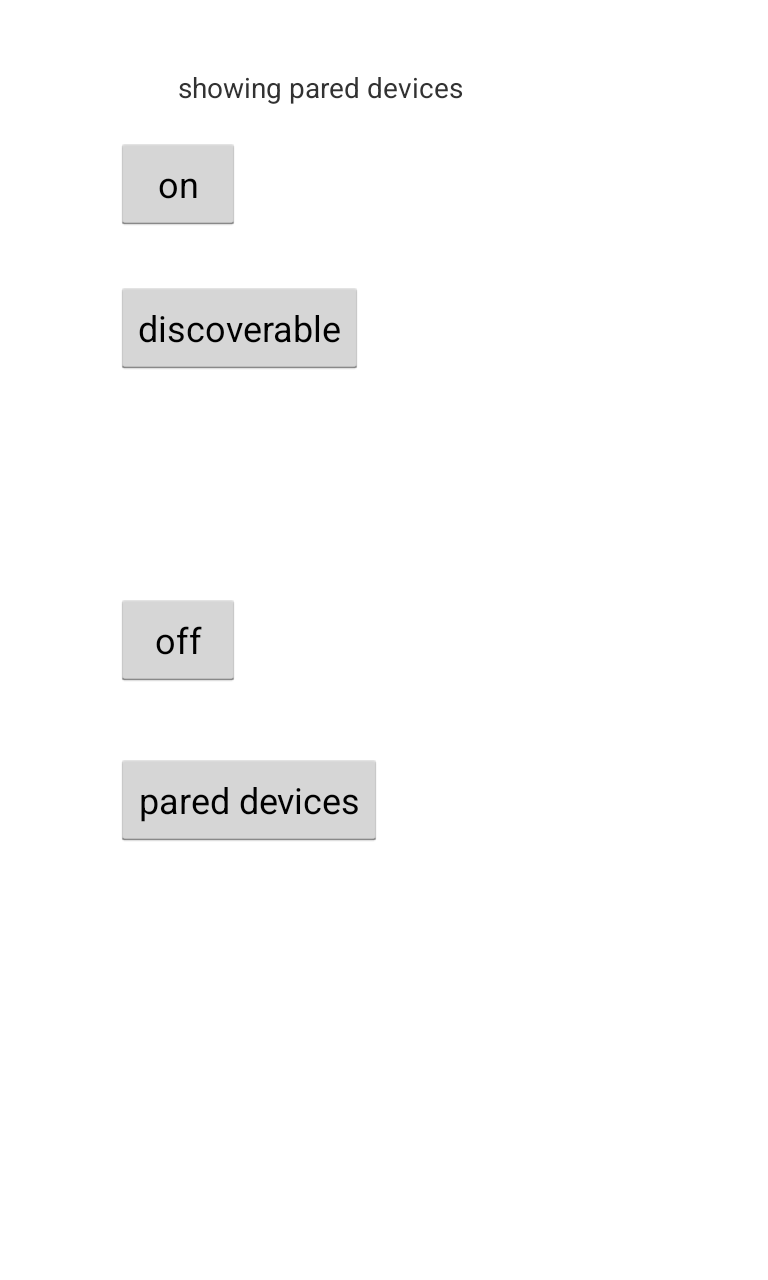
Repository: arjuntheprogrammer/iact
Layout: iact/iact android practice/mywork/Bluetooth/res/layout/activity_main.xml
These files come from the project's save history. The layout is drawn as it stood at one moment and after the next save; the edit follows.
It is drawn on a 768 x 1280 px phone screen (xhdpi) without system bars, with theme AppTheme; the app's code is not run. Lists and similar views that code fills are empty.

Above is the layout before, as saved 2016-01-02 19:59:59.

### iact/iact android practice/mywork/Bluetooth/res/layout/activity_main.xml
<RelativeLayout xmlns:android="http://schemas.android.com/apk/res/android"
    xmlns:tools="http://schemas.android.com/tools"
    android:layout_width="match_parent"
    android:layout_height="match_parent"
    android:paddingBottom="@dimen/activity_vertical_margin"
    android:paddingLeft="@dimen/activity_horizontal_margin"
    android:paddingRight="@dimen/activity_horizontal_margin"
    android:paddingTop="@dimen/activity_vertical_margin"
    tools:context=".MainActivity" >

    <Button
        android:id="@+id/button1"
        android:layout_width="wrap_content"
        android:layout_height="wrap_content"
        android:layout_marginLeft="41dp"
        android:layout_marginTop="52dp"
        android:text="on" />

    <Button
        android:id="@+id/button2"
        android:layout_width="wrap_content"
        android:layout_height="wrap_content"
        android:layout_alignLeft="@+id/button1"
        android:layout_below="@+id/button1"
        android:layout_marginTop="24dp"
        android:text="discoverable" />

    <Button
        android:id="@+id/button3"
        android:layout_width="wrap_content"
        android:layout_height="wrap_content"
        android:layout_alignLeft="@+id/button2"
        android:layout_centerVertical="true"
        android:text="off" />

    <TextView
        android:id="@+id/textView1"
        android:layout_width="wrap_content"
        android:layout_height="wrap_content"
        android:layout_alignLeft="@+id/button1"
        android:layout_alignParentTop="true"
        android:layout_marginLeft="32dp"
        android:layout_marginTop="18dp"
        android:text="showing pared devices" />

    <Button
        android:id="@+id/button4"
        android:layout_width="wrap_content"
        android:layout_height="wrap_content"
        android:layout_alignLeft="@+id/button3"
        android:layout_below="@+id/button3"
        android:layout_marginTop="32dp"
        android:text="pared devices" />

</RelativeLayout>

Loaded but not shown: iact/iact android practice/mywork/Bluetooth/res/values/styles.xml (common file); iact/iact android practice/mywork/Bluetooth/res/values-v11/styles.xml (common file); iact/iact android practice/mywork/Bluetooth/res/values-v14/styles.xml (common file); iact/iact android practice/mywork/Bluetooth/res/values/dimens.xml (common file)

After the next save:
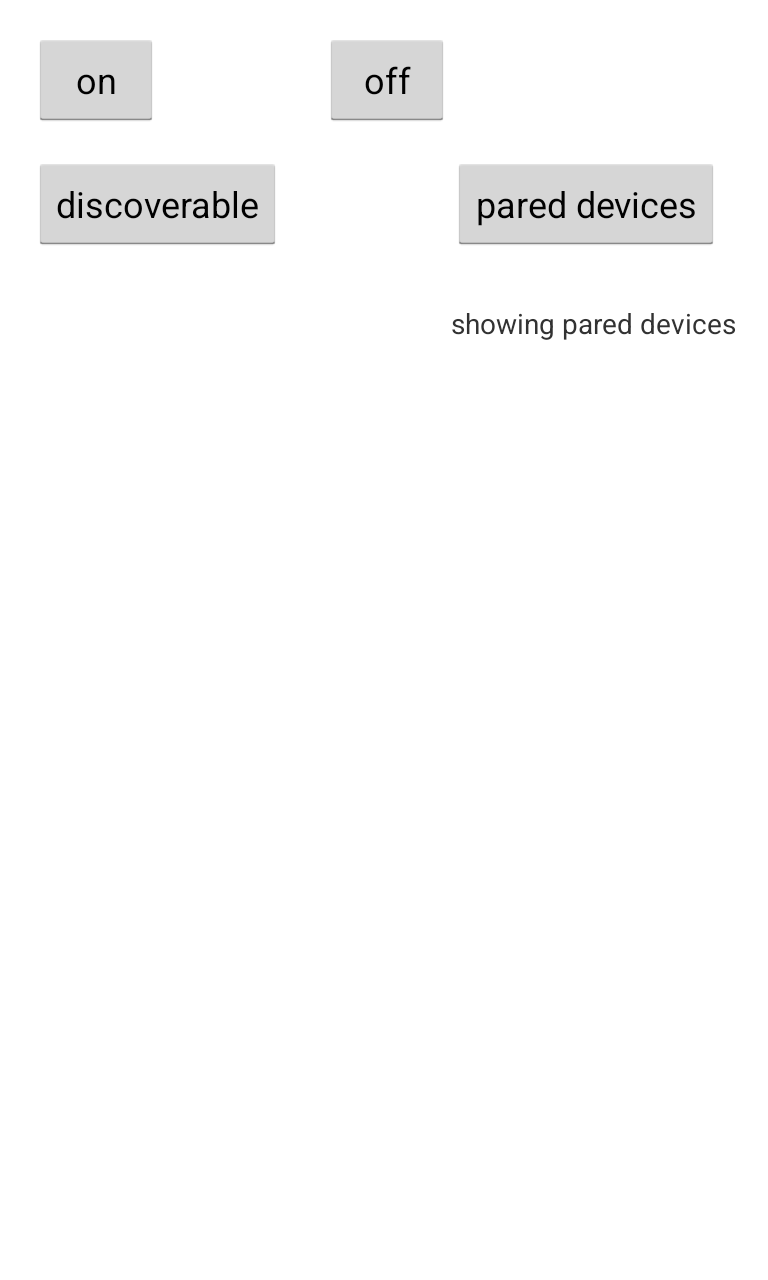
Saved 12 min 4 s later.
--- a/iact/iact android practice/mywork/Bluetooth/res/layout/activity_main.xml
+++ b/iact/iact android practice/mywork/Bluetooth/res/layout/activity_main.xml
@@ -8,12 +8,21 @@
     android:paddingTop="@dimen/activity_vertical_margin"
     tools:context=".MainActivity" >
 
+    <ListView
+        android:id="@+id/listView1"
+        android:layout_width="match_parent"
+        android:layout_height="wrap_content"
+        android:layout_below="@+id/button4"
+        android:layout_marginTop="50dp" >
+
+    </ListView>
+
     <Button
         android:id="@+id/button1"
         android:layout_width="wrap_content"
         android:layout_height="wrap_content"
-        android:layout_marginLeft="41dp"
-        android:layout_marginTop="52dp"
+        android:layout_alignParentLeft="true"
+        android:layout_alignParentTop="true"
         android:text="on" />
 
     <Button
@@ -22,34 +31,33 @@
         android:layout_height="wrap_content"
         android:layout_alignLeft="@+id/button1"
         android:layout_below="@+id/button1"
-        android:layout_marginTop="24dp"
+        android:layout_marginTop="14dp"
         android:text="discoverable" />
 
     <Button
         android:id="@+id/button3"
         android:layout_width="wrap_content"
         android:layout_height="wrap_content"
-        android:layout_alignLeft="@+id/button2"
-        android:layout_centerVertical="true"
+        android:layout_above="@+id/button2"
+        android:layout_toLeftOf="@+id/textView1"
         android:text="off" />
+
+    <Button
+        android:id="@+id/button4"
+        android:layout_width="wrap_content"
+        android:layout_height="wrap_content"
+        android:layout_alignBaseline="@+id/button2"
+        android:layout_alignBottom="@+id/button2"
+        android:layout_toRightOf="@+id/button3"
+        android:text="pared devices" />
 
     <TextView
         android:id="@+id/textView1"
         android:layout_width="wrap_content"
         android:layout_height="wrap_content"
-        android:layout_alignLeft="@+id/button1"
-        android:layout_alignParentTop="true"
-        android:layout_marginLeft="32dp"
-        android:layout_marginTop="18dp"
+        android:layout_alignParentRight="true"
+        android:layout_below="@+id/button4"
+        android:layout_marginTop="26dp"
         android:text="showing pared devices" />
 
-    <Button
-        android:id="@+id/button4"
-        android:layout_width="wrap_content"
-        android:layout_height="wrap_content"
-        android:layout_alignLeft="@+id/button3"
-        android:layout_below="@+id/button3"
-        android:layout_marginTop="32dp"
-        android:text="pared devices" />
-
 </RelativeLayout>
